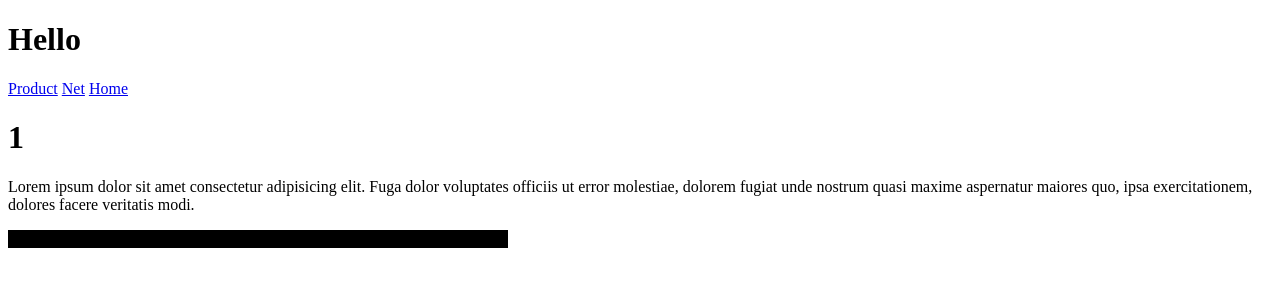
Repository: Nguyen-Toan-2004/du-an-test
Page: index.html
These files come from the project's save history. The page is drawn as it stood at one moment and after a run of saves; the edit follows.
The browser window is 1280 px wide. The pictures show the whole page.

Above is the page before, as saved 2025-10-20 19:55:22.

### index.html
<!DOCTYPE html>
<html lang="en">
  <head>
    <meta charset="UTF-8" />
    <meta name="viewport" content="width=device-width, initial-scale=1.0" />
    <title>Index</title>
  </head>
  <style>
    p {
      display: grid;
      grid-template-columns: repeat();
    }
    .container {
      display: grid;
      grid-template-columns: 100px 100px 100px 100px 100px;
    }

    .block{
      background: #000;
    }
  </style>
  <body>
    <h1>Hello</h1>
    <a href="product.htm">Product</a>
    <a href="net.htm">Net</a>
    <a href="home.html">Home</a>
    <h1>1</h1>
    <p>
      Lorem ipsum dolor sit amet consectetur adipisicing elit. Fuga dolor
      voluptates officiis ut error molestiae, dolorem fugiat unde nostrum quasi
      maxime aspernatur maiores quo, ipsa exercitationem, dolores facere
      veritatis modi.
    </p>
    <div class="container">
      <div class="block">Hello</div>
      <div class="block">Hello</div>
      <div class="block">Hello</div>
      <div class="block">Hello</div>
      <div class="block">Hello</div>
    </div>
  </body>
</html>

After the next 4 saves:
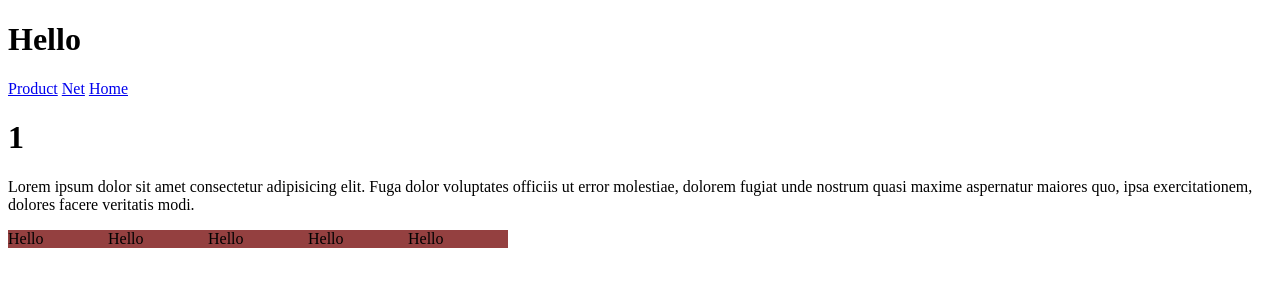
The 4 saves are shown as one change because they came seconds apart.
The last was saved 12 s later.
--- a/index.html
+++ b/index.html
@@ -16,7 +16,7 @@
     }
 
     .block{
-      background: #000;
+      background: #944040;
     }
   </style>
   <body>
